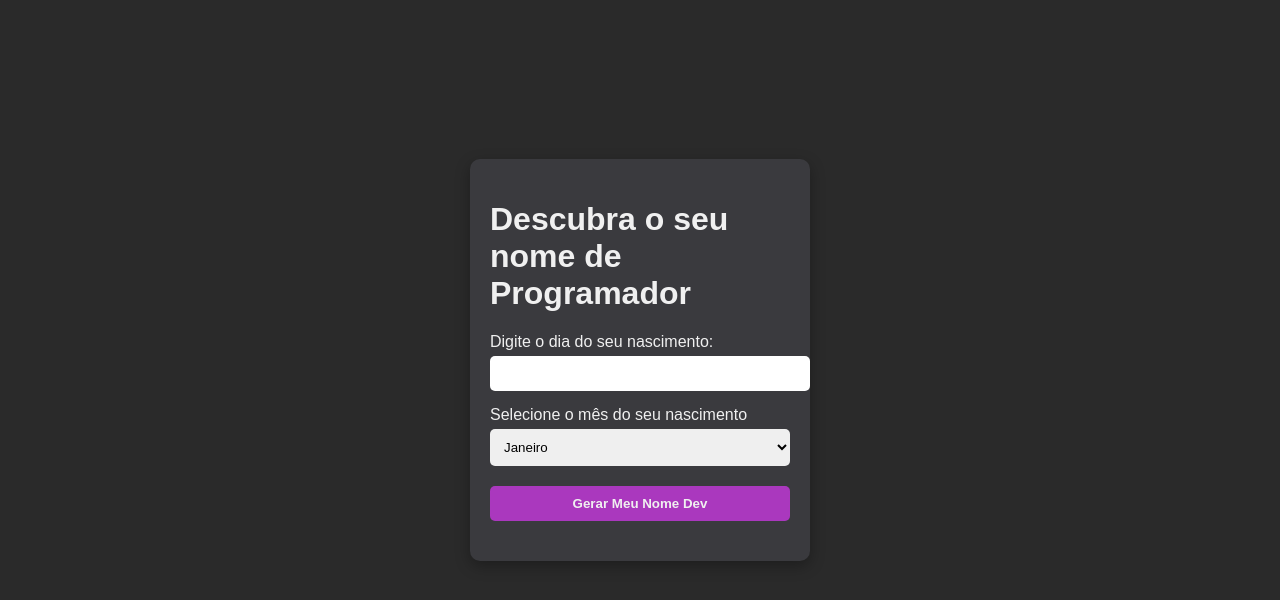
Repository: analessp/seu-nome-dev
Page: index.html
An editor plug-in stored every save of this project. The page is shown before and after a run of saves, followed by the edit.
The browser window is 1280 px wide. The pictures show the whole page.

Above is the page before, as saved 2025-05-13 11:27:49.

After the next 5 saves:
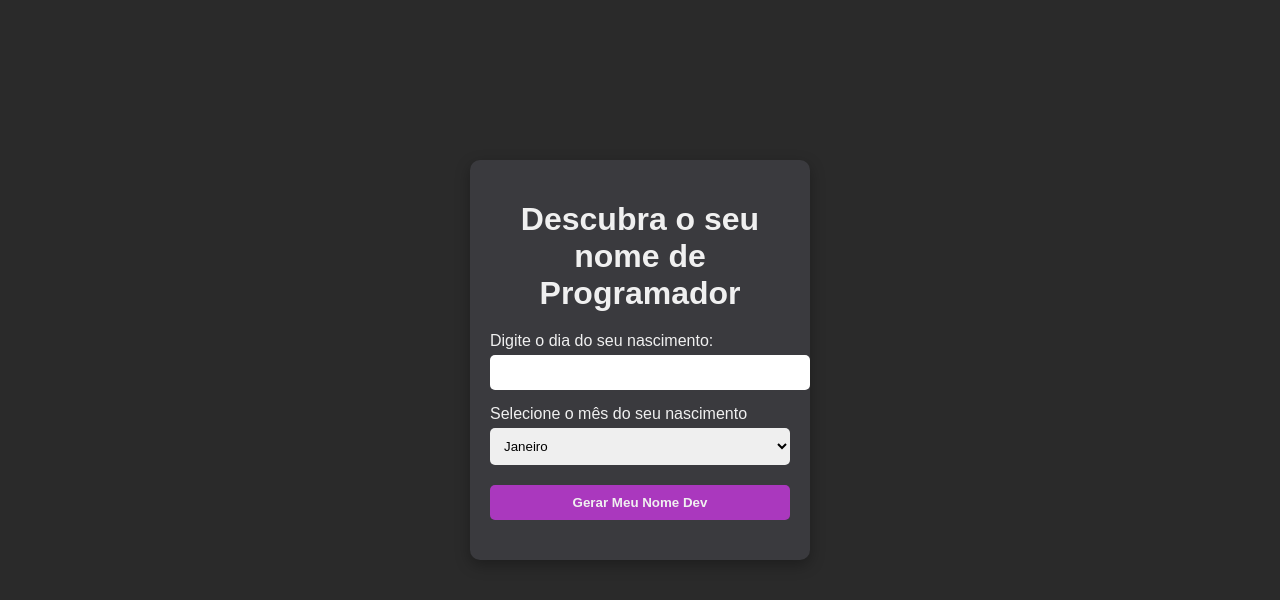
The 5 saves are shown as one change because they came seconds apart.
The last was saved 15 s later.
--- a/styles.css
+++ b/styles.css
@@ -18,8 +18,10 @@ body {
 }
 
 h1{
+    text-align: center;
+    margin-bottom: 20px;
+}
 
-}
 .form-group {
     margin-bottom: 15px;
 }
